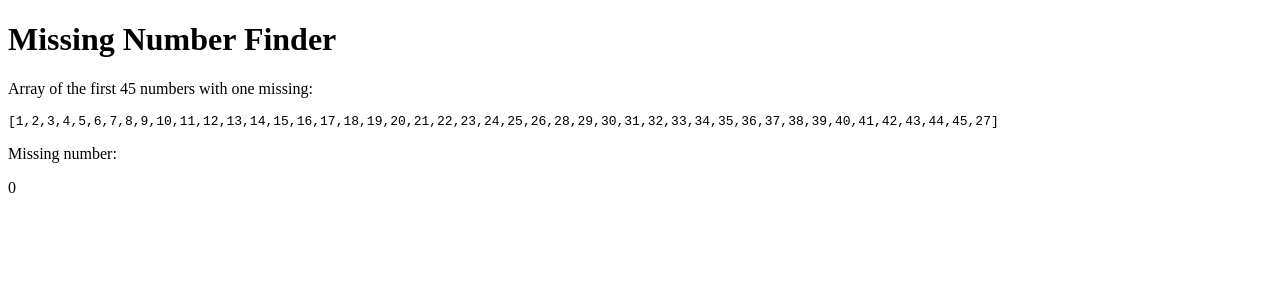
Repository: devblackie/missingNumberFinder
Page: index.html
An editor plug-in stored every save of this project. The page is shown before and after the next save, followed by the edit.
The browser window is 1280 px wide. The pictures show the whole page.

Above is the page before, as saved 2023-08-23 14:57:45.

After the next save:
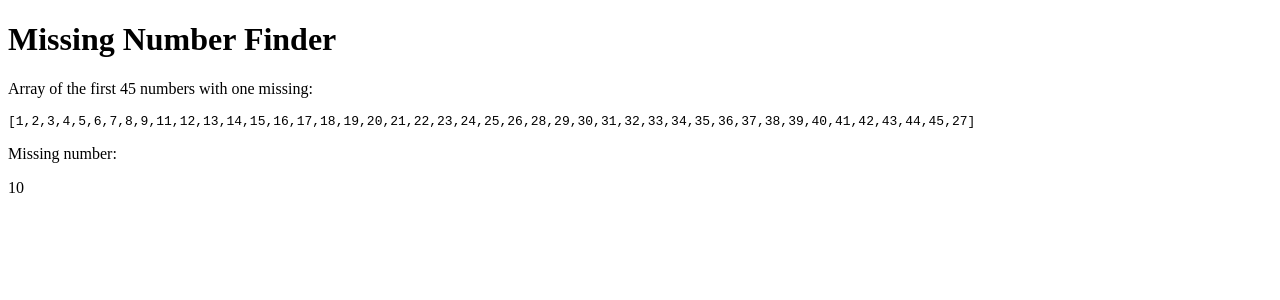
Saved 6 s later.
--- a/index.js
+++ b/index.js
@@ -7,7 +7,7 @@ function findMissingNumber(arr) {
   }
 
   const numbers = [
-    1, 2, 3, 4, 5, 6, 7, 8, 9, 10, 11, 12, 13, 14, 15, 16, 17, 18, 19, 20, 21, 22,
+    1, 2, 3, 4, 5, 6, 7, 8, 9,  11, 12, 13, 14, 15, 16, 17, 18, 19, 20, 21, 22,
     23, 24, 25, 26, 28, 29, 30, 31, 32, 33, 34, 35, 36, 37, 38, 39, 40, 41,
     42, 43, 44, 45,27,
   ]; // Array of the first 45 numbers with one missing
